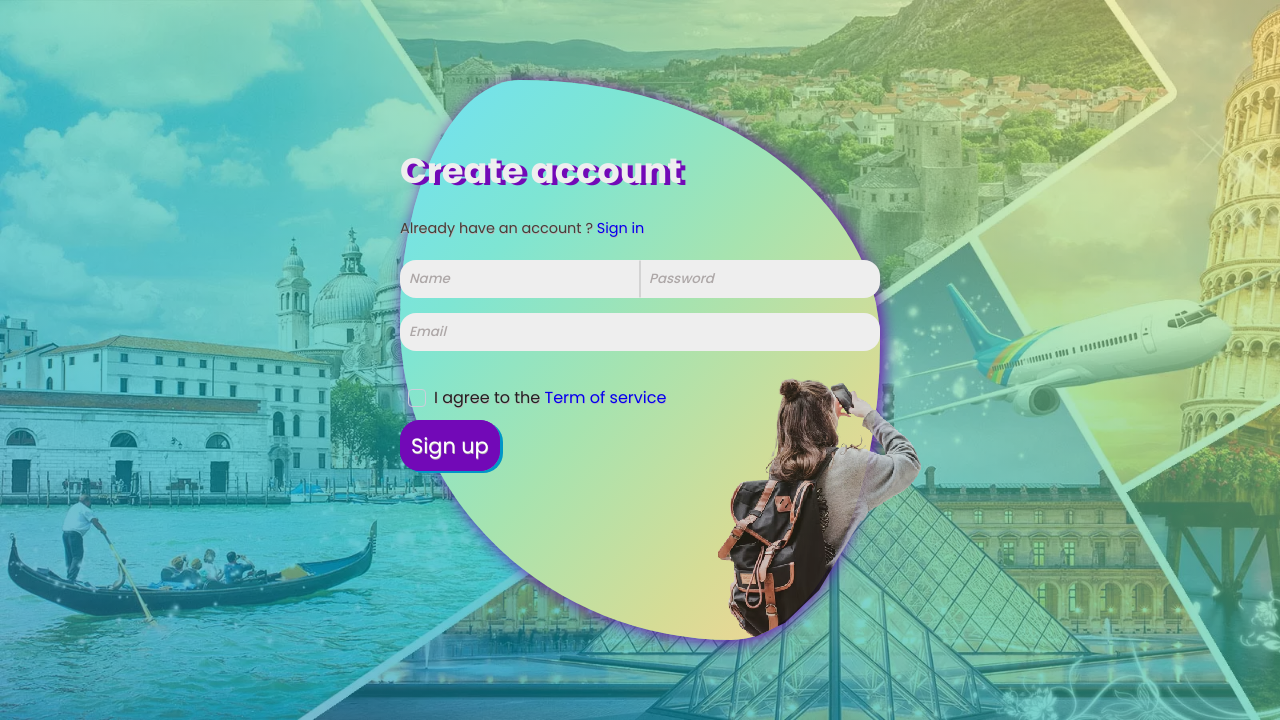
Repository: Yuukicoder/Techfest1
Page: signup.html
An editor plug-in stored every save of this project. The page is shown before and after the next save, followed by the edit.
The browser window is 1280 px wide. The pictures show the whole page.
Some web fonts or font styles are not loaded; a fallback is used.

Above is the page before, as saved 2022-11-05 21:43:56.

After the next save:
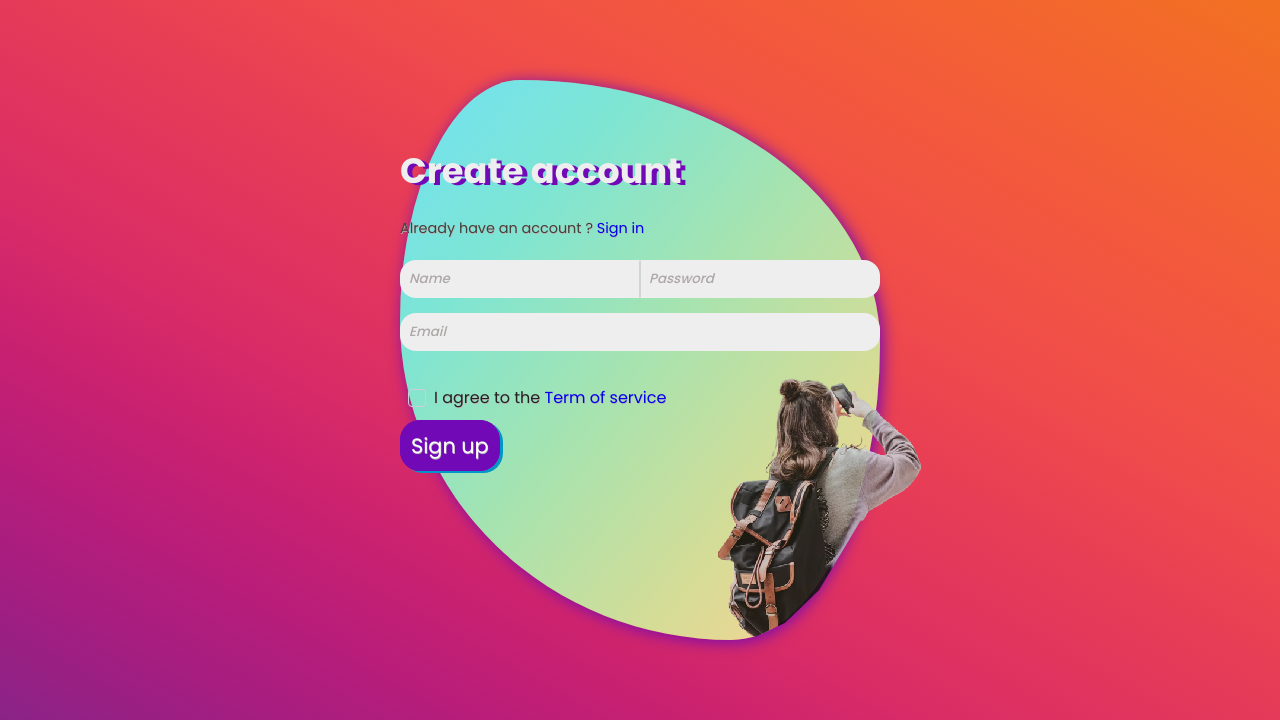
Saved 18 s later.
--- a/signup.css
+++ b/signup.css
@@ -14,27 +14,19 @@
 
 body {
   background-image: linear-gradient(
-    to right top,
-    #8a2387,
-    #a21e81,
-    #b71d7a,
-    #ca2170,
-    #d92c66,
-    #e2355d,
-    #e93f54,
-    #ef4b4b,
-    #f25442,
-    #f35d38,
-    #f3672d,
-    #f27121
-  );
-  background-image: linear-gradient(
       to right top,
-      rgba(61, 126, 170, 0.6),
-      rgba(0, 162, 183, 0.6),
-      rgba(58, 193, 165, 0.6),
-      rgba(156, 216, 134, 0.6),
-      rgba(255, 228, 122, 0.6)
+      #8a2387,
+      #a21e81,
+      #b71d7a,
+      #ca2170,
+      #d92c66,
+      #e2355d,
+      #e93f54,
+      #ef4b4b,
+      #f25442,
+      #f35d38,
+      #f3672d,
+      #f27121
     ),
     url("./Image/signup1.webp");
   object-position: center;
